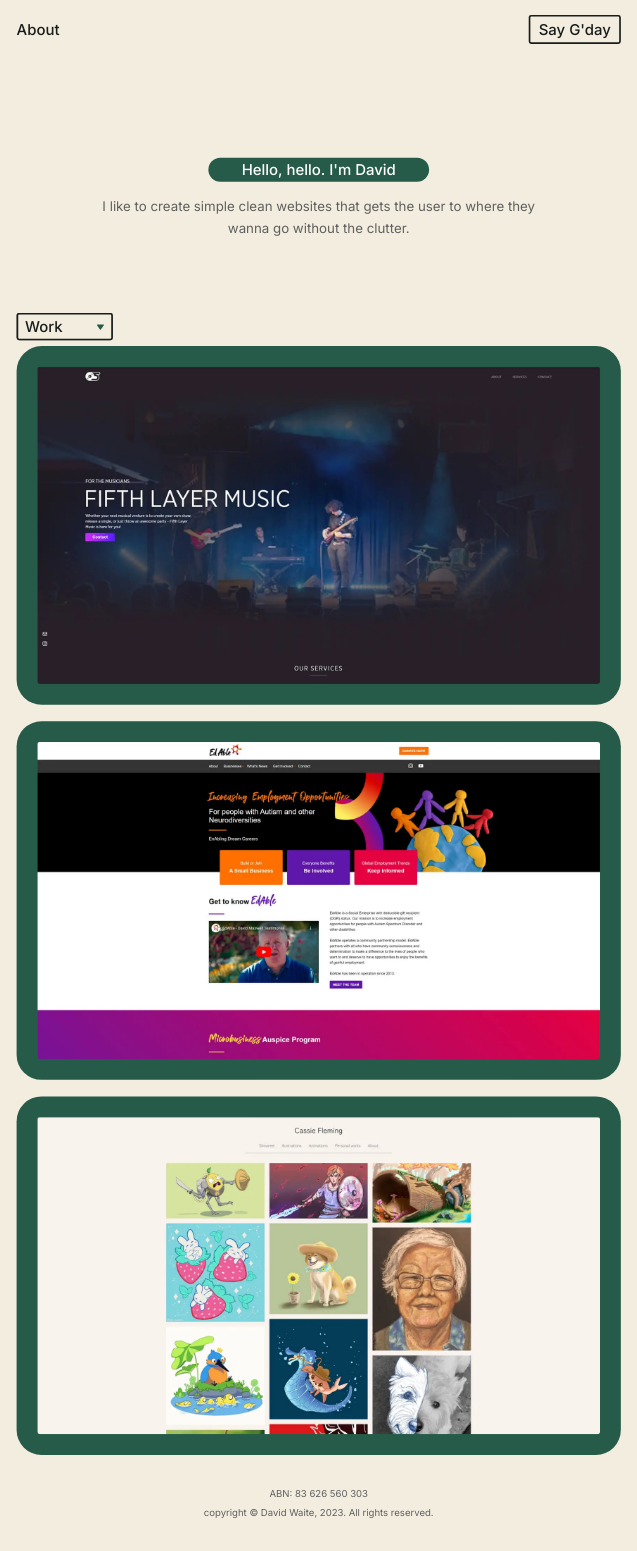
Repository: David-Waite/David-Waite-Portfolio
Page: /
The author's editor kept a copy of each file at every save. The page is drawn from the files as they stood at one save, then again after the next save.
The browser window is 768 px wide. The pictures show the whole page, at 83% of full size.
The project was rebuilt for these pictures with package versions that can differ from the ones it lists, and the page was loaded fresh each time. Some packages were replaced by stand-ins written for this rebuild. The framework's server and built-in components were replaced by stand-ins that run in the browser. Also part of the build but not shown: next.config.js.

Above is the page before, as saved 2023-07-28 08:36:28.

After the next save:
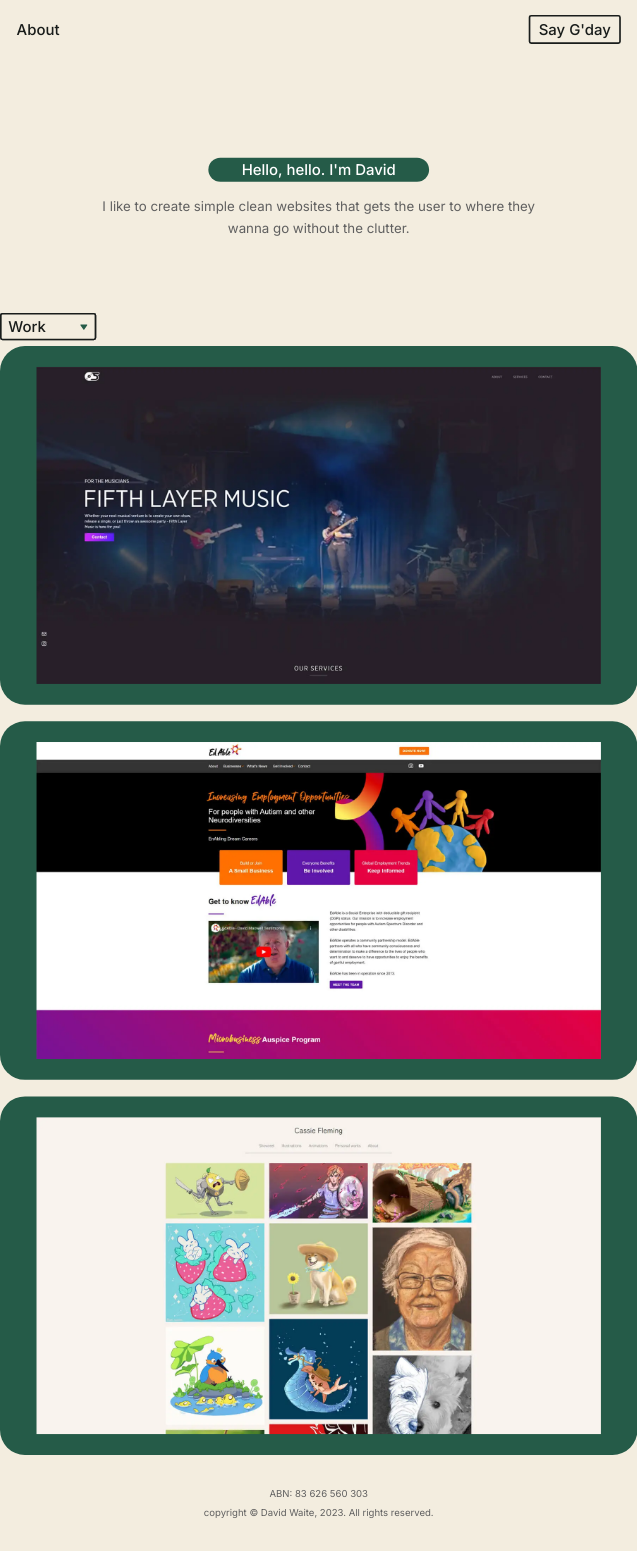
Saved 2 min 45 s later.
--- a/app/page.module.css
+++ b/app/page.module.css
@@ -27,7 +27,7 @@
 
 @media (max-width: 768px) {
   .main {
-    margin: 0 20px;
+    margin: 0 0px;
   }
 }
 

After the save that followed:
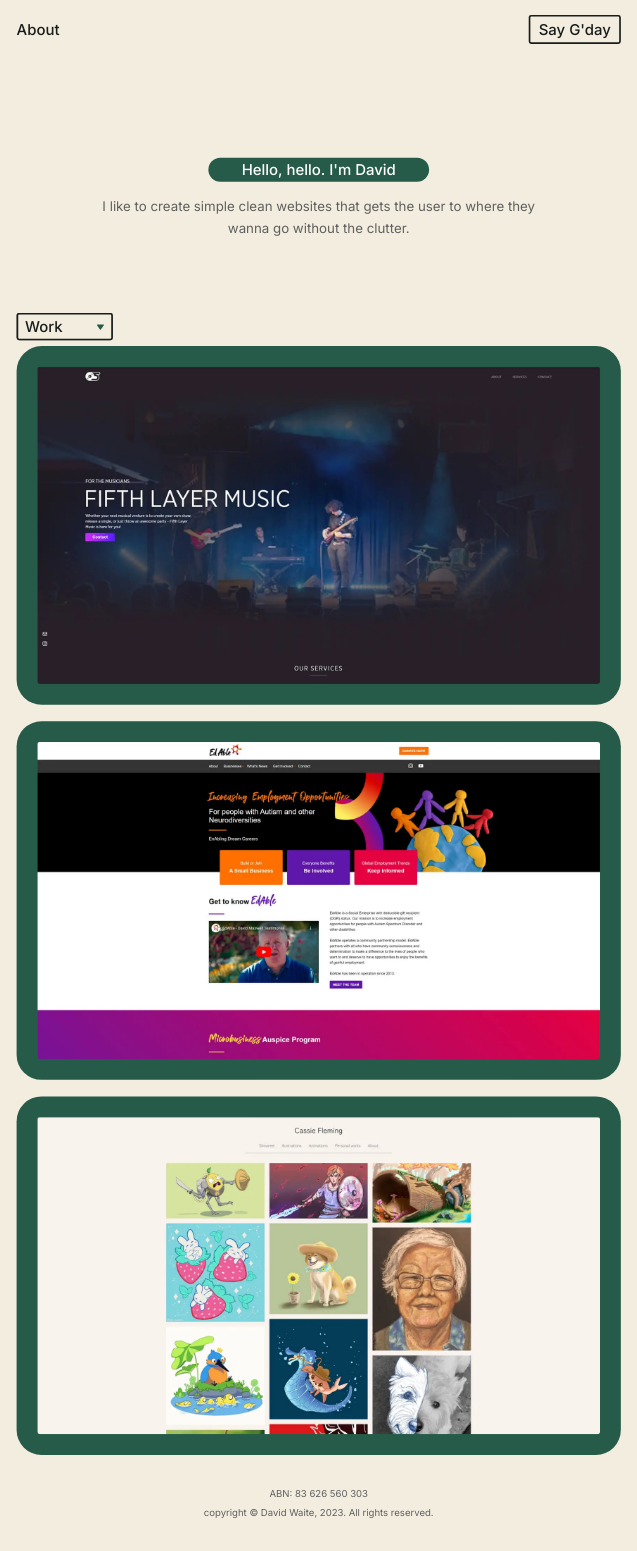
Saved 9 s later.
--- a/app/page.module.css
+++ b/app/page.module.css
@@ -27,7 +27,7 @@
 
 @media (max-width: 768px) {
   .main {
-    margin: 0 0px;
+    margin: 0 20px;
   }
 }
 
